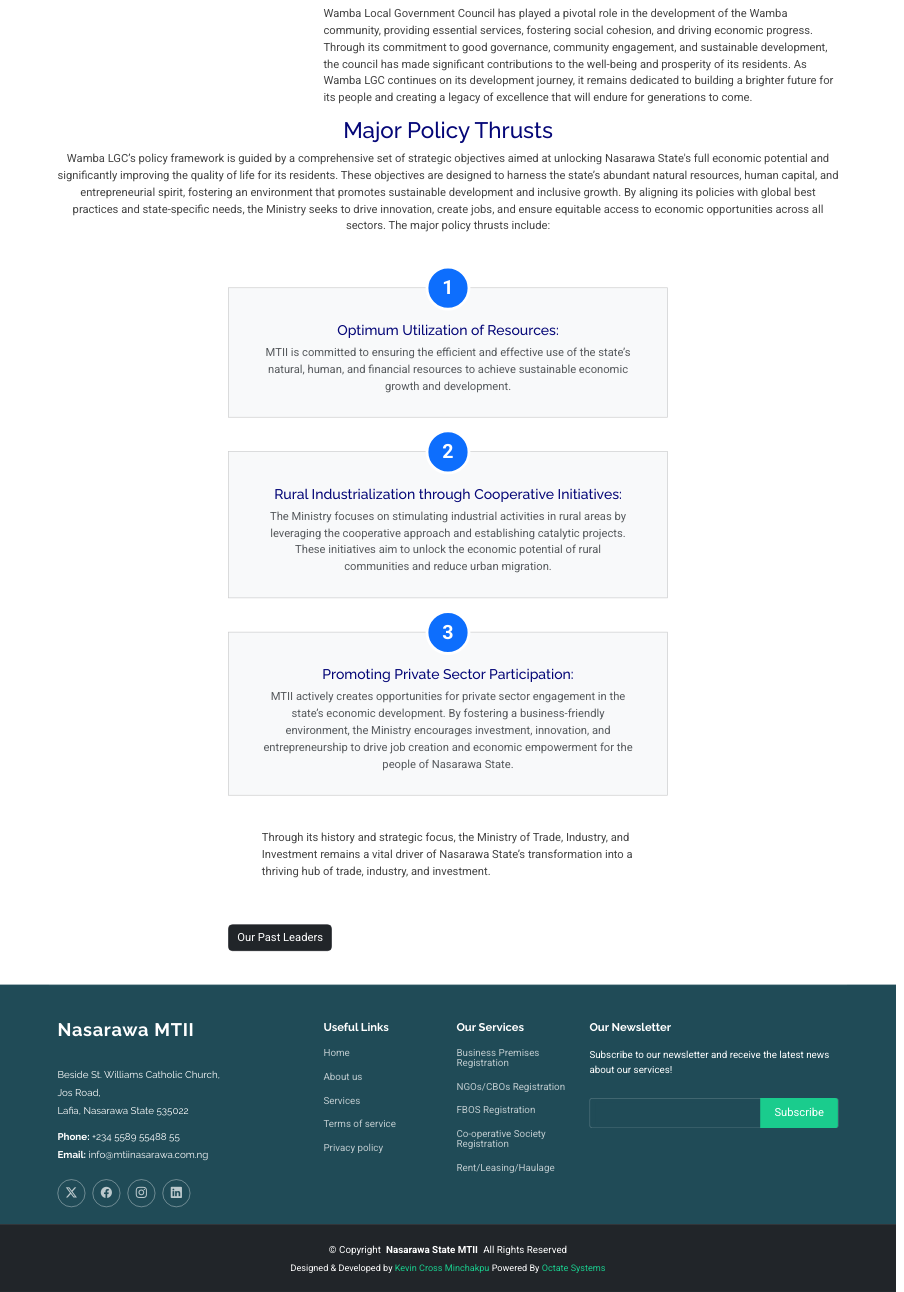
Repository: GlorifiedIntel/wamba-lgc
Page: wamba-history.html
These files come from the project's save history. The page is drawn as it stood at one moment and after the next save; the edit follows.
The browser window is 1280 px wide. The page is 1292 px wide, so the pictures cover 1292 px, including what lies to the right of the window. The pictures show the part of the page from y = 2111 to 3991 px (the page is 3957 px tall before and 3991 px after), at 70% of full size.

Above is the page before, as saved 2025-02-06 03:01:55.
Console error: TypeError: Cannot read properties of null (reading 'click')

### wamba-history.html
<!DOCTYPE html>
<html lang="en">

<head>
  <meta charset="utf-8">
  <meta http-equiv="X-UA-Compatible" content="IE=edge">
  <meta name="viewport" content="width=device-width, initial-scale=1.0">
  <meta name="format-detection" content="telephone=no">
  <meta name="apple-mobile-web-app-capable" content="yes">
  <meta name="author" content="Kevin Cross Minchakpu">
  <meta name="keywords" content="MTII, Nasarawa, Industry, Trade, Investment, Entrepreneur">
  <meta name="description" content="The Nasarawa State Ministry of Trade, Industry, and Investment promotes economic growth through trade, industrialization, and investment. It supports local industries, attracts investments, and fosters innovation to boost competitiveness and diversify the economy.">

  <!-- Favicons -->
  <link href="assets/img/favicon.png" rel="icon">
  <link href="assets/img/apple-touch-icon.png" rel="apple-touch-icon">

  <!-- Fonts -->
  <link href="https://fonts.googleapis.com" rel="preconnect">
  <link href="https://fonts.gstatic.com" rel="preconnect" crossorigin>
  <link href="https://fonts.googleapis.com/css2?family=Roboto:ital,wght@0,100;0,300;0,400;0,500;0,700;0,900;1,100;1,300;1,400;1,500;1,700;1,900&family=Poppins:ital,wght@0,100;0,200;0,300;0,400;0,500;0,600;0,700;0,800;0,900;1,100;1,200;1,300;1,400;1,500;1,600;1,700;1,800;1,900&family=Raleway:ital,wght@0,100;0,200;0,300;0,400;0,500;0,600;0,700;0,800;0,900;1,100;1,200;1,300;1,400;1,500;1,600;1,700;1,800;1,900&display=swap" rel="stylesheet">

  <!-- Vendor CSS Files -->
  <link href="assets/vendor/bootstrap/css/bootstrap.min.css" rel="stylesheet">
  <link href="assets/vendor/bootstrap-icons/bootstrap-icons.css" rel="stylesheet">
  <link href="assets/vendor/aos/aos.css" rel="stylesheet">
  <link href="assets/vendor/glightbox/css/glightbox.min.css" rel="stylesheet">
  <link href="assets/vendor/swiper/swiper-bundle.min.css" rel="stylesheet">

  <!-- Main CSS File -->
  <link href="assets/css/main.css" rel="stylesheet">
</head>

<body class="index-page">
  <header id="header" class="header d-flex align-items-center fixed-top bg-dark">
    <div class="container-fluid container-xl position-relative d-flex align-items-center justify-content-between">
      <a href="index.html" class="logo d-flex align-items-center">
        <img src="assets/img/logo.png" alt="" >
      </a>
      <nav id="navmenu" class="navmenu">
        <ul>
          <li><a href="index.html">Home</a></li>
          <li class="dropdown"><a href="about-mtii.html" class="active"><span>About</span> <i class="bi bi-chevron-down toggle-dropdown"></i></a>
            <ul>
              <li><a href="about-mtii.html">Nasarawa MTII</a></li>
                  <li><a href="mtii-history.html">MTII History</a></li>
                  <li><a href="the-commissioner.html" >The Commissioner</a></li>
                  <li><a href="the-secretary.html" >The Permanent Secretary</a></li>
                  <li><a href="directors.html" >Our Directors</a></li>
                  <li><a href="contact-us.html" >Our Contact</a></li>
            </ul>
          </li>

          <li class="dropdown"><a href="business-reforms.html"><span>Business Enabling Reforms</span> <i class="bi bi-chevron-down toggle-dropdown"></i></a>
            <ul>
              <li><a href="business-plans.html">Business Enabling Action Plan</a></li>
                  <li><a href="grievance.html">Grievance Redress Mechanism</a></li>
                  <li><a href="application-guidelines.html" >Application Guidelines</a></li>
                  <li><a href="legal-framework.html" >Legal Framework</a></li>
                  <li><a href="investment-opportunities.html" >Investment Opportunities</a></li>
            </ul>
          </li>

          <li class="dropdown"><a href="departments.html"><span>Departments</span> <i class="bi bi-chevron-down toggle-dropdown"></i></a>
            <ul>
              <li><a href="admin.html">Administration & Supply</a></li>
              <li><a href="cooperative.html">Cooperative & Thrift</a></li>
              <li><a href="finance.html">Finance & Account</a></li>
              <li><a href="investment.html">Industry & Investment</a></li>
              <li><a href="planning.html">Planning/Research/Statistics</a></li>
              <li><a href="trade.html">Trade</a></li>
            </ul>
          </li>

          <li class="dropdown"><a href="projects.html"><span>Projects</span> <i class="bi bi-chevron-down toggle-dropdown"></i></a>
            <ul>
              <li><a href="completed.html">Completed Projects</a></li>
                  <li><a href="ongoing.html">Ongoing Projects</a></li>
                  <li><a href="proposed.html" >Proposed Projects</a></li>
            </ul>
          </li>

          <li class="dropdown"><a href="registration.html"><span>Registration</span> <i class="bi bi-chevron-down toggle-dropdown"></i></a>
            <ul>
              <li><a href="howtoregister.html">How To Register</a></li>
                  <li><a href="online-registration.html">Online Registration</a></li>
                  <li><a href="businame-name.html" >Business Name Registration</a></li>
                  <li><a href="business-premises.html" >Business Premises Registration</a></li>
                  <li><a href="faqs.html" >FAQs</a></li>
            </ul>
          </li>
        </ul>
        <i class="mobile-nav-toggle d-xl-none bi bi-list"></i>
      </nav>

    </div>
  </header>

  <main class="main">

    <!-- Page Title -->
    <div class="page-title dark-background" data-aos="fade">
      <div class="heading">
        <div class="container">
          <div class="row d-flex justify-content-center text-center">
            <div class="col-lg-8">
              <h1>Our History</h1>
              <p class="mb-0">The Ministry of Trade, Industry, and Investment (MTII) was established following the creation of Nasarawa State on October 1, 1996, by the then Military Head of State, General Sani Abacha. Since its inception, the Ministry has been at the forefront of driving economic growth and development within the state.</p>
            </div>
          </div>
        </div>
      </div>
      <nav class="breadcrumbs">
        <div class="container">
          <ol>
            <li><a href="index.html">Home</a></li>
            <li><a href="about-mtii.html">About Wamba LGC</a></li>
            <li class="current">Our History</li>
          </ol>
        </div>
      </nav>
    </div><!-- End Page Title -->
    <section id="starter-section" class="starter-section section">
      <div class="container text-center">
        <div class="row justify-content-start">
          <div class="col-md-4 left-column">
            <div class="mtii-vertical-menu">
              <a href="about-mtii.html" class="active">About Wamba LGC</a>
              <a href="about-mtii.html">Our Mission</a>
              <a href="the-commissioner.html">The Executive Chairman</a>
              <a href="the-deputy.html">The Deputy Chairman</a>
              <a href="the-secretary.html">The Secretary</a>
              <a href="departments.html">Departments</a>
              <a href="registration-fee.html">Registration Fees</a>
              <a href="online-registration.html">Registration</a>
              <a href="strategic-plans.html">Strategic Plan</a>
              <a href="climate-change.html">Climate change Information Hub</a>
              <a href="our-history.html">Our History</a>
              <a href="our-policies.html">Our Policies</a>
              <a href="contact-us.html">Contact Us</a>
            </div>
          </div>
          <div class="col-md-8 right-column text-start">
            <h2>Our History</h2>
            <h3>Creation and Early Years</h3>
            <p>Wamba Local Government Council (LGC) was established in [insert year of creation, if known], as part of the broader local government reforms in Nigeria aimed at bringing governance closer to the people. Located in Nasarawa State, Wamba LGC was carved out to serve the administrative, social, and economic needs of the Wamba community, which is predominantly inhabited by diverse ethnic groups, including the Rindre, Kantana people, among others. The creation of the LGC was a significant milestone in the region’s development, providing a platform for grassroots governance and community-driven progress.            </p>
          <h3>Early Development and Challenges</h3>
          <p>In its early years, Wamba LGC faced numerous challenges, including limited infrastructure, inadequate public services, and a lack of economic opportunities. The council focused on establishing basic administrative structures, improving access to education and healthcare, and fostering unity among the diverse ethnic groups within its jurisdiction. Despite limited resources, the LGC made strides in promoting peace and cooperation among its communities, laying the foundation for future growth.</p>
          <h3>Socio-Economic Growth</h3>
          <p>Over the years, Wamba LGC has experienced significant socio-economic growth, driven by strategic development initiatives and community-driven projects. The council has prioritized infrastructure development, education, healthcare, and agriculture to improve the quality of life for its residents. Through partnerships with government agencies, non-profit organizations, and private sector stakeholders, Wamba LGC has implemented programs to address poverty, unemployment, and social inequality, fostering inclusive growth and sustainable development.</p>
          <h3>Cultural Heritage and Community Life</h3>
          <p>Wamba LGC is renowned for its rich cultural heritage, with traditional festivals, dances, and ceremonies playing a central role in community life. The council has consistently supported efforts to preserve and promote this heritage, fostering a sense of pride and identity among its people. Cultural events have also served as a platform for promoting unity and peaceful coexistence among the diverse ethnic groups in the area.          </p>
          <h3>Recent Developments and Achievements</h3>
          <p>In recent years, Wamba LGC has made significant progress in addressing key challenges and advancing its development agenda. The council has embraced technology and innovation to improve service delivery and governance. Efforts have been made to enhance education and healthcare services, with the construction of new schools and health centers. Infrastructure development has remained a priority, with ongoing projects to improve road networks and provide access to clean water and electricity.          </p>
        <h3>Environmental Sustainability</h3>
        <p>Wamba LGC is committed to environmental sustainability and has implemented initiatives to protect its natural resources and promote eco-friendly practices. The council has supported tree planting campaigns, waste management programs, and renewable energy projects to mitigate the impact of climate change and preserve the region’s biodiversity. By promoting environmental awareness and conservation, Wamba LGC is working to create a greener and more sustainable future for its residents.</p>
        <h3>Community Engagement and Governance</h3>
        <p>Community engagement and participatory governance are central to Wamba LGC’s development approach. The council has established mechanisms for citizen participation, feedback, and collaboration to ensure that community needs and priorities are reflected in its policies and programs. Through town hall meetings, community forums, and stakeholder consultations, Wamba LGC has fostered a culture of transparency, accountability, and inclusivity in its decision-making processes.</p>
        <h3>Vision for the Future</h3>
        <p>Looking ahead, Wamba LGC is committed to building on its achievements and addressing emerging challenges to realize its vision for the future. The council aims to promote sustainable development, economic growth, and social inclusion, guided by principles of equity, justice, and integrity. By harnessing the creativity, resilience, and potential of its people, Wamba LGC seeks to create a vibrant, prosperous, and harmonious community that serves as a model of excellence and innovation in Nasarawa State.</p>
        <h3>Conclusion</h3>
        <p>Wamba Local Government Council has played a pivotal role in the development of the Wamba community, providing essential services, fostering social cohesion, and driving economic progress. Through its commitment to good governance, community engagement, and sustainable development, the council has made significant contributions to the well-being and prosperity of its residents. As Wamba LGC continues on its development journey, it remains dedicated to building a brighter future for its people and creating a legacy of excellence that will endure for generations to come.</p></div>
        <h2>Major Policy Thrusts</h2>
        <p>Wamba LGC’s policy framework is guided by a comprehensive set of strategic objectives aimed at unlocking Nasarawa State's full economic potential and significantly improving the quality of life for its residents. These objectives are designed to harness the state’s abundant natural resources, human capital, and entrepreneurial spirit, fostering an environment that promotes sustainable development and inclusive growth. By aligning its policies with global best practices and state-specific needs, the Ministry seeks to drive innovation, create jobs, and ensure equitable access to economic opportunities across all sectors. The major policy thrusts include:</p>
      </div>
      </div>
    </section><!-- /Starter Section Section -->
       <div class="row justify-content-center">
			<div class="col-md-6">
				<!-- Step -->

				<div class="card rounded-0 text-center p-3 bg-light px-5 mb-5">
					<div class="d-flex rounded-circle mx-auto align-items-center justify-content-center text-white fs-3 fw-bold bg-primary border border-white border-4" style="width: 4rem; height:4rem; margin-top: -3rem;">
						1
					</div>
					<h5 class="mt-3">Optimum Utilization of Resources:</h5>
					<p class="text-muted">MTII is committed to ensuring the efficient and effective use of the state’s natural, human, and financial resources to achieve sustainable economic growth and development.</p>
				</div>
				<!-- Step -->
				<div class="card rounded-0 text-center p-3 bg-light px-5 mb-5">
					<div class="d-flex rounded-circle mx-auto align-items-center justify-content-center text-white fs-3 fw-bold bg-primary border border-white border-4" style="width: 4rem; height:4rem; margin-top: -3rem;">
						2
					</div>
					<h5 class="mt-3">Rural Industrialization through Cooperative Initiatives:</h5>
					<p class="text-muted">The Ministry focuses on stimulating industrial activities in rural areas by leveraging the cooperative approach and establishing catalytic projects. These initiatives aim to unlock the economic potential of rural communities and reduce urban migration.</p>
				</div>
				<!-- Step -->
				<div class="card rounded-0 text-center p-3 bg-light px-5 mb-5">
					<div class="d-flex rounded-circle mx-auto align-items-center justify-content-center text-white fs-3 fw-bold bg-primary border border-white border-4" style="width: 4rem; height:4rem; margin-top: -3rem;">
						3
					</div>
					<h5 class="mt-3">Promoting Private Sector Participation:</h5>
					<p class="text-muted">MTII actively creates opportunities for private sector engagement in the state’s economic development. By fostering a business-friendly environment, the Ministry encourages investment, innovation, and entrepreneurship to drive job creation and economic empowerment for the people of Nasarawa State.</p>
				</div>
        <p class="mx-5">Through its history and strategic focus, the Ministry of Trade, Industry, and Investment remains a vital driver of Nasarawa State’s transformation into a thriving hub of trade, industry, and investment.</p>
        <a class="btn btn-dark my-5 align-items-center" href="#" role="button">Our Past Leaders</a>
      </div>
      <div >
     </div>
		</div>
	</div>
    </main>
  <!--Main End-->

<!--Footer Start-->
<footer id="footer" class="footer dark-background">

  <div class="container footer-top">
    <div class="row gy-4">
      <div class="col-lg-4 col-md-6 footer-about">
        <a href="index.html" class="logo d-flex align-items-center">
          <span class="sitename">Nasarawa MTII</span>
        </a>
        <div class="footer-contact pt-3">
          <p>Beside St. Williams Catholic Church,</p>
          <p>Jos Road,</p>
          <p>Lafia, Nasarawa State 535022</p>
          <p class="mt-3"><strong>Phone:</strong> <span>+234 5589 55488 55</span></p>
          <p><strong>Email:</strong> <span>info@mtiinasarawa.com.ng</span></p>
        </div>
        <div class="social-links d-flex mt-4">
          <a href=""><i class="bi bi-twitter-x"></i></a>
          <a href=""><i class="bi bi-facebook"></i></a>
          <a href=""><i class="bi bi-instagram"></i></a>
          <a href=""><i class="bi bi-linkedin"></i></a>
        </div>
      </div>

      <div class="col-lg-2 col-md-3 footer-links">
        <h4>Useful Links</h4>
        <ul>
          <li><a href="index.html">Home</a></li>
          <li><a href="about-mtii.html">About us</a></li>
          <li><a href="services.html">Services</a></li>
          <li><a href="terms-of-use.html">Terms of service</a></li>
          <li><a href="privacy-policy.html">Privacy policy</a></li>
        </ul>
      </div>

      <div class="col-lg-2 col-md-3 footer-links">
        <h4>Our Services</h4>
        <ul>
          <li><a href="business-premises.html">Business Premises Registration</a></li>
          <li><a href="ngo-cbo-registration.html">NGOs/CBOs Registration</a></li>
          <li><a href="fbo-registration.html">FBOS Registration</a></li>
          <li><a href="cooperative-registration.html">Co-operative Society Registration</a></li>
          <li><a href="rent.html">Rent/Leasing/Haulage</a></li>
        </ul>
      </div>

      <div class="col-lg-4 col-md-12 footer-newsletter">
        <h4>Our Newsletter</h4>
        <p>Subscribe to our newsletter and receive the latest news about our services!</p>
        <form action="forms/newsletter.php" method="post" class="php-email-form">
          <div class="newsletter-form"><input type="email" name="email"><input type="submit" value="Subscribe"></div>
          <div class="loading">Loading</div>
          <div class="error-message"></div>
          <div class="sent-message">Your subscription request has been sent. Thank you!</div>
        </form>
      </div>

    </div>
  </div>

  <div class="container-fluid copyright text-center mt-4 bg-dark">
    <p>© <span>Copyright</span> <strong class="px-1 sitename">Nasarawa State MTII</strong> <span>All Rights Reserved</span></p>
    <div class="credits">
      Designed & Developed by <a href="https://kevinomics.com/">Kevin Cross Minchakpu</a> Powered By <a href="https://octatesystems.com">Octate Systems</a>
    </div>
  </div>

</footer>

<!-- Scroll Top -->

<button id="scroll-top" class="scroll-top d-flex bg-dark align-items-center justify-content-center"><i class="bi bi-arrow-up-short"></i></button>
<!-- Preloader -->
<div id="preloader"></div>

<!-- Vendor JS Files -->
<script src="assets/vendor/bootstrap/js/bootstrap.bundle.min.js"></script>
<script src="assets/vendor/php-email-form/validate.js"></script>
<script src="assets/vendor/aos/aos.js"></script>
<script src="assets/vendor/glightbox/js/glightbox.min.js"></script>
<script src="assets/vendor/purecounter/purecounter_vanilla.js"></script>
<script src="assets/vendor/swiper/swiper-bundle.min.js"></script>

<!-- Main JS File -->
<script src="assets/js/main.js"></script>
<script src="assets/js/reforms.js"></script>

</body>

</html>

Loaded but not shown: assets/vendor/bootstrap/css/bootstrap.min.css (library); assets/vendor/bootstrap-icons/bootstrap-icons.css (library); assets/vendor/aos/aos.css (library); assets/vendor/glightbox/css/glightbox.min.css (library); assets/vendor/swiper/swiper-bundle.min.css (library); assets/vendor/bootstrap/js/bootstrap.bundle.min.js (library); assets/vendor/php-email-form/validate.js (common file); assets/vendor/aos/aos.js (library); assets/vendor/glightbox/js/glightbox.min.js (library); assets/vendor/purecounter/purecounter_vanilla.js (library); assets/vendor/swiper/swiper-bundle.min.js (library); assets/js/main.js (181 lines, source omitted); assets/js/reforms.js (43 lines, source omitted); assets/css/main.css (1741 lines, source omitted)

After the next save:
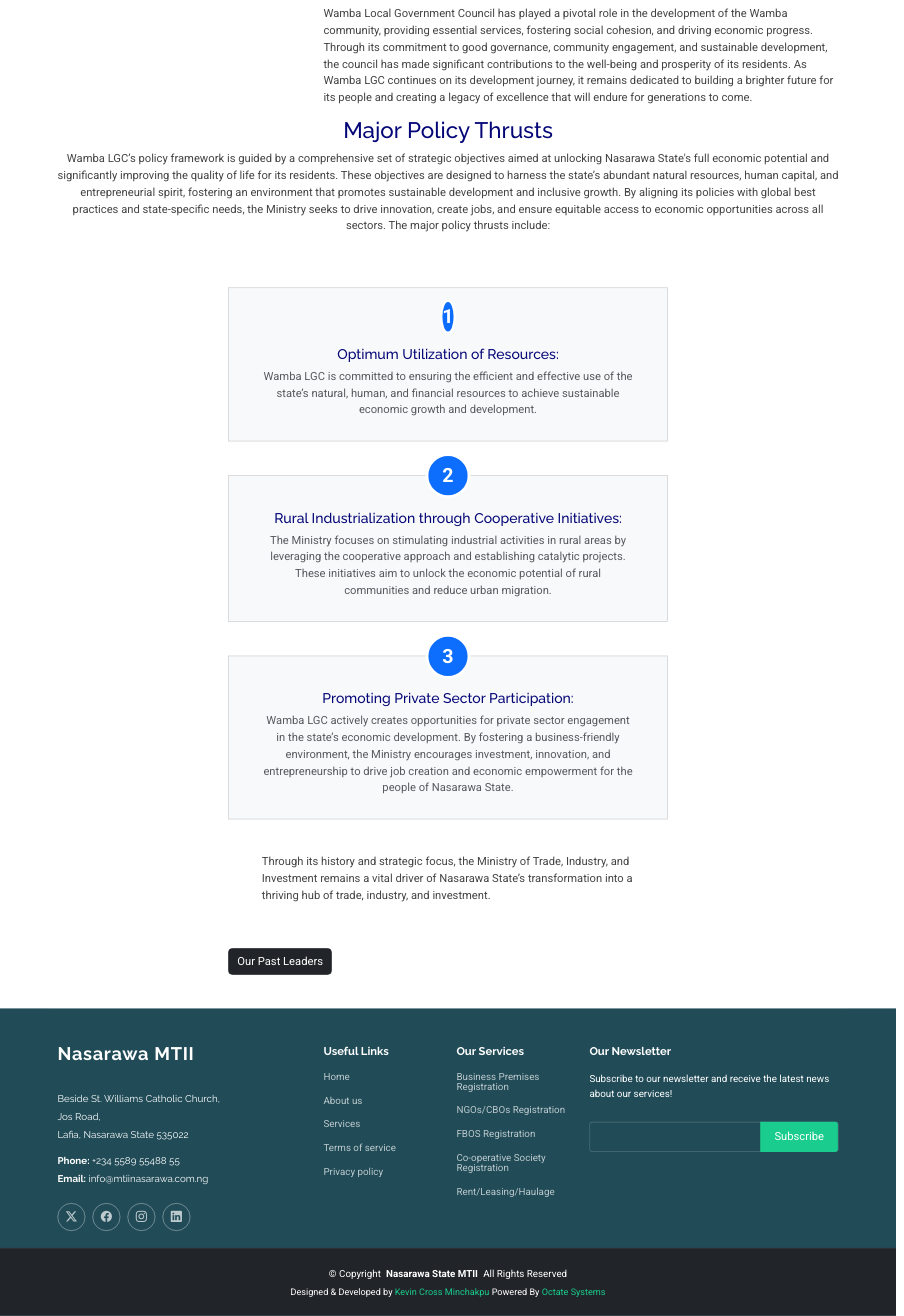
Saved 2 min 11 s later.
--- a/wamba-history.html
+++ b/wamba-history.html
@@ -170,11 +170,11 @@
 				<!-- Step -->
 
 				<div class="card rounded-0 text-center p-3 bg-light px-5 mb-5">
-					<div class="d-flex rounded-circle mx-auto align-items-center justify-content-center text-white fs-3 fw-bold bg-primary border border-white border-4" style="width: 4rem; height:4rem; margin-top: -3rem;">
+          <div class="d-flex rounded-circle mx-auto align-items-center justify-content-center text-white fs-3 fw-bold bg-primary border border-white border-4 custom-circle">
 						1
 					</div>
 					<h5 class="mt-3">Optimum Utilization of Resources:</h5>
-					<p class="text-muted">MTII is committed to ensuring the efficient and effective use of the state’s natural, human, and financial resources to achieve sustainable economic growth and development.</p>
+					<p class="text-muted">Wamba LGC is committed to ensuring the efficient and effective use of the state’s natural, human, and financial resources to achieve sustainable economic growth and development.</p>
 				</div>
 				<!-- Step -->
 				<div class="card rounded-0 text-center p-3 bg-light px-5 mb-5">
@@ -190,7 +190,7 @@
 						3
 					</div>
 					<h5 class="mt-3">Promoting Private Sector Participation:</h5>
-					<p class="text-muted">MTII actively creates opportunities for private sector engagement in the state’s economic development. By fostering a business-friendly environment, the Ministry encourages investment, innovation, and entrepreneurship to drive job creation and economic empowerment for the people of Nasarawa State.</p>
+					<p class="text-muted">Wamba LGC actively creates opportunities for private sector engagement in the state’s economic development. By fostering a business-friendly environment, the Ministry encourages investment, innovation, and entrepreneurship to drive job creation and economic empowerment for the people of Nasarawa State.</p>
 				</div>
         <p class="mx-5">Through its history and strategic focus, the Ministry of Trade, Industry, and Investment remains a vital driver of Nasarawa State’s transformation into a thriving hub of trade, industry, and investment.</p>
         <a class="btn btn-dark my-5 align-items-center" href="#" role="button">Our Past Leaders</a>
